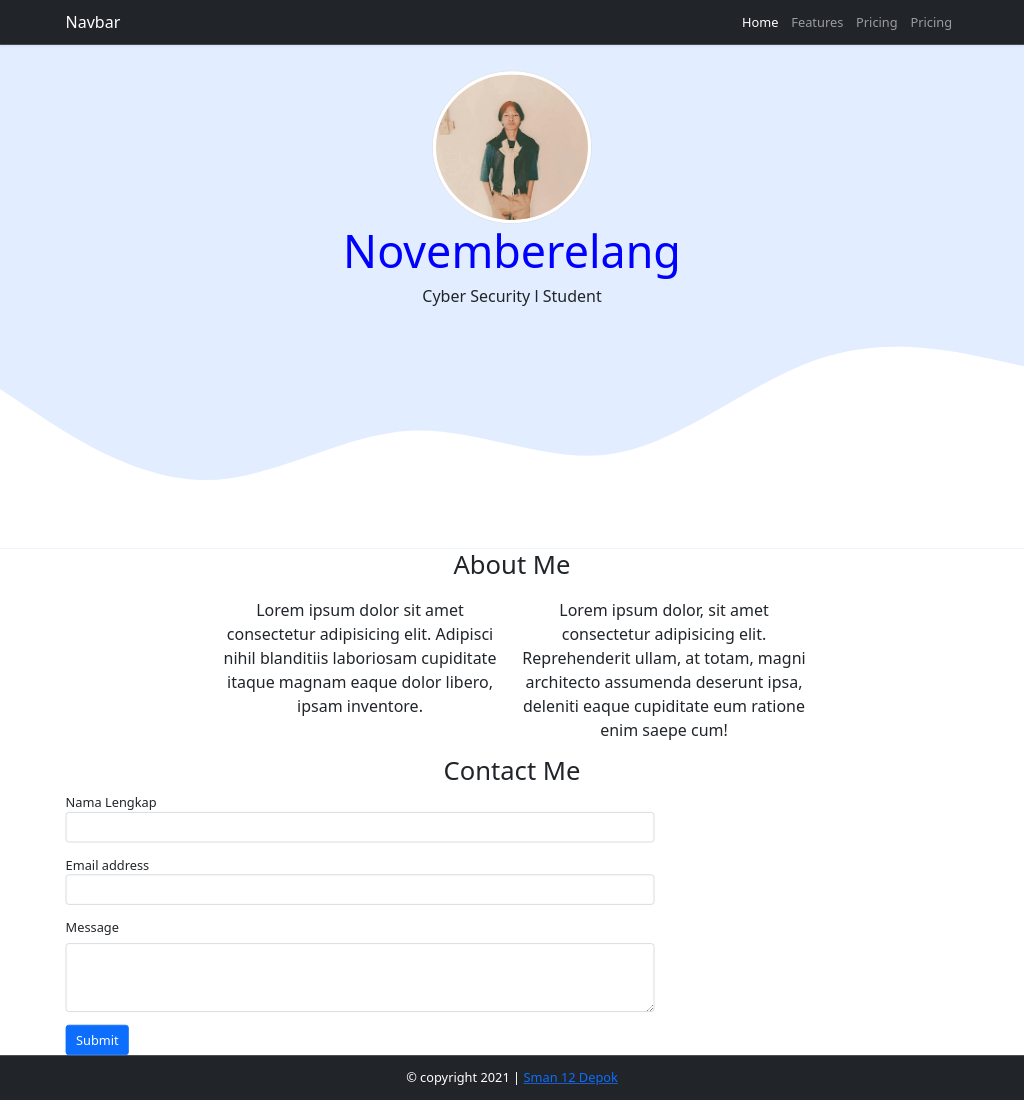
Repository: Novemberdad/gemilangtech.github.io
Page: index.html
An editor plug-in stored every save of this project. The page is shown before and after the next save, followed by the edit.
The browser window is 1280 px wide. The pictures show the whole page, at 80% of full size.

Above is the page before, as saved 2021-07-21 00:35:23.

### index.html
<!DOCTYPE html>
<html lang="en">

<head>
    <!-- Required meta tags -->
    <meta charset="utf-8" />
    <meta name="viewport" content="width=device-width, initial-scale=1" />

    <!-- Bootstrap CSS -->
    <link href="https://cdn.jsdelivr.net/npm/bootstrap@5.0.2/dist/css/bootstrap.min.css" rel="stylesheet" integrity="sha384-EVSTQN3/azprG1Anm3QDgpJLIm9Nao0Yz1ztcQTwFspd3yD65VohhpuuCOmLASjC" crossorigin="anonymous" />

    <!--My CSS-->
    <link rel="stylesheet" href="style.css" />
    <title>My Portofoliio</title>
    <style>
        h1 {
            text-align: center;
            color: blue;
        }
    </style>
</head>

<body>
    <!--NAVBAR-->
    <nav class="navbar navbar-expand-lg navbar-dark bg-dark shadow-sm">
        <div class="container">
            <a class="navbar-brand" href="#">Navbar</a>
            <button class="navbar-toggler" type="button" data-bs-toggle="collapse" data-bs-target="#navbarNav" aria-controls="navbarNav" aria-expanded="false" aria-label="Toggle navigation">
          <span class="navbar-toggler-icon"></span>
        </button>
            <div class="collapse navbar-collapse" id="navbarNav">
                <ul class="navbar-nav ms-auto">
                    <li class="nav-item">
                        <a class="nav-link active" aria-current="page" href="#">Home</a>
                    </li>
                    <li class="nav-item">
                        <a class="nav-link" href="#">Features</a>
                    </li>
                    <li class="nav-item">
                        <a class="nav-link" href="#">Pricing</a>
                    </li>
                    <li class="nav-item">
                        <a class="nav-link" href="#">Pricing</a>
                    </li>
                </ul>
            </div>
        </div>
    </nav>
    <!--AKHIR NAVBAR-->

    <!--jumbortron-->
    <section class="jumbotron text-center">
        <img src="image/logo.jpg" alt="logo" width="200" class="rounded-circle img-thumbnail" />
        <h1 class="display-4">Novemberelang</h1>
        <p class="lead">Cyber Security l Student</p>
        <svg xmlns="http://www.w3.org/2000/svg" viewBox="0 0 1440 320">
        <path
          fill="#ffffff"
          fill-opacity="1"
          d="M0,96L48,128C96,160,192,224,288,224C384,224,480,160,576,154.7C672,149,768,203,864,186.7C960,171,1056,85,1152,53.3C1248,21,1344,43,1392,53.3L1440,64L1440,320L1392,320C1344,320,1248,320,1152,320C1056,320,960,320,864,320C768,320,672,320,576,320C480,320,384,320,288,320C192,320,96,320,48,320L0,320Z"
        ></path>
      </svg>
    </section>
    <!--akhir jumbotron-->

    <!--about-->
    <section id="about">
        <div class="container">
            <div class="row text-center mb-3">
                <div class="col">
                    <h2>About Me</h2>
                </div>
            </div>
            <div class="row justify-content-center fs-5 text-center">
                <div class="col-4">
                    <p>Lorem ipsum dolor sit amet consectetur adipisicing elit. Adipisci nihil blanditiis laboriosam cupiditate itaque magnam eaque dolor libero, ipsam inventore.</p>
                </div>
                <div class="col-4">
                    <p>Lorem ipsum dolor, sit amet consectetur adipisicing elit. Reprehenderit ullam, at totam, magni architecto assumenda deserunt ipsa, deleniti eaque cupiditate eum ratione enim saepe cum!</p>
                </div>
            </div>
    </section>
    <!--akhir about-->


    <!--kontak-->
    <section id="contact">
        <div class="container">
            <div class="row text-center justify-content-center">
                <div class="col">
                    <h2> Contact Me</h2>
                </div>
            </div>
            <div class="row">
                <div class="col-md-8">
                    <form>
                        <div class="mb-3">
                            <label for="exampleInputEmail1">Nama Lengkap</label>
                            <input type="email" class="form-control" id="exampleInputEmail1" aria-describedby="NamaLengkap">
                        </div>
                        <div class="mb-3">
                            <label for="exampleInputEmail1">Email address</label>
                            <input type="email" class="form-control" id="exampleInputEmail1" aria-describedby="emailHelp">
                        </div>
                        <div class="mb-3">
                            <label for="exampleFormControlTextarea1" class="form-label">Message</label>
                            <textarea class="form-control" id="exampleFormControlTextarea1" rows="3"></textarea>
                        </div>
                        <button type="submit" class="btn btn-primary">Submit</button>
                    </form>
                </div>
            </div>
        </div>


    </section>
    <!--akhir kontak-->

    <!--footer-->
    <footer class="bg-dark text-white ">
        <div class="container ">
            <div class="row pt-3 ">
                <div class="col text-center ">
                    <p>&copy; copyright 2021 | <a href="http://instagram.com/sman12depok.official">Sman 12 Depok</a></p>
                </div>
            </div>
        </div>
    </footer>
    <!--akhir footer-->



    <script src="https://cdn.jsdelivr.net/npm/bootstrap@5.0.2/dist/js/bootstrap.bundle.min.js" integrity="sha384-MrcW6ZMFYlzcLA8Nl+NtUVF0sA7MsXsP1UyJoMp4YLEuNSfAP+JcXn/tWtIaxVXM" crossorigin="anonymous"></script>

    <!-- Option 2: Separate Popper and Bootstrap JS -->
    <!--
    <script src="https://cdn.jsdelivr.net/npm/@popperjs/core@2.9.2/dist/umd/popper.min.js" integrity="sha384-IQsoLXl5PILFhosVNubq5LC7Qb9DXgDA9i+tQ8Zj3iwWAwPtgFTxbJ8NT4GN1R8p" crossorigin="anonymous"></script>
    <script src="https://cdn.jsdelivr.net/npm/bootstrap@5.0.2/dist/js/bootstrap.min.js" integrity="sha384-cVKIPhGWiC2Al4u+LWgxfKTRIcfu0JTxR+EQDz/bgldoEyl4H0zUF0QKbrJ0EcQF" crossorigin="anonymous"></script>
    -->
</body>

</html>

### style.css
.jumbotron {
    padding-top: 2rem;
    background-color: #e2edff;
}

After the next save:
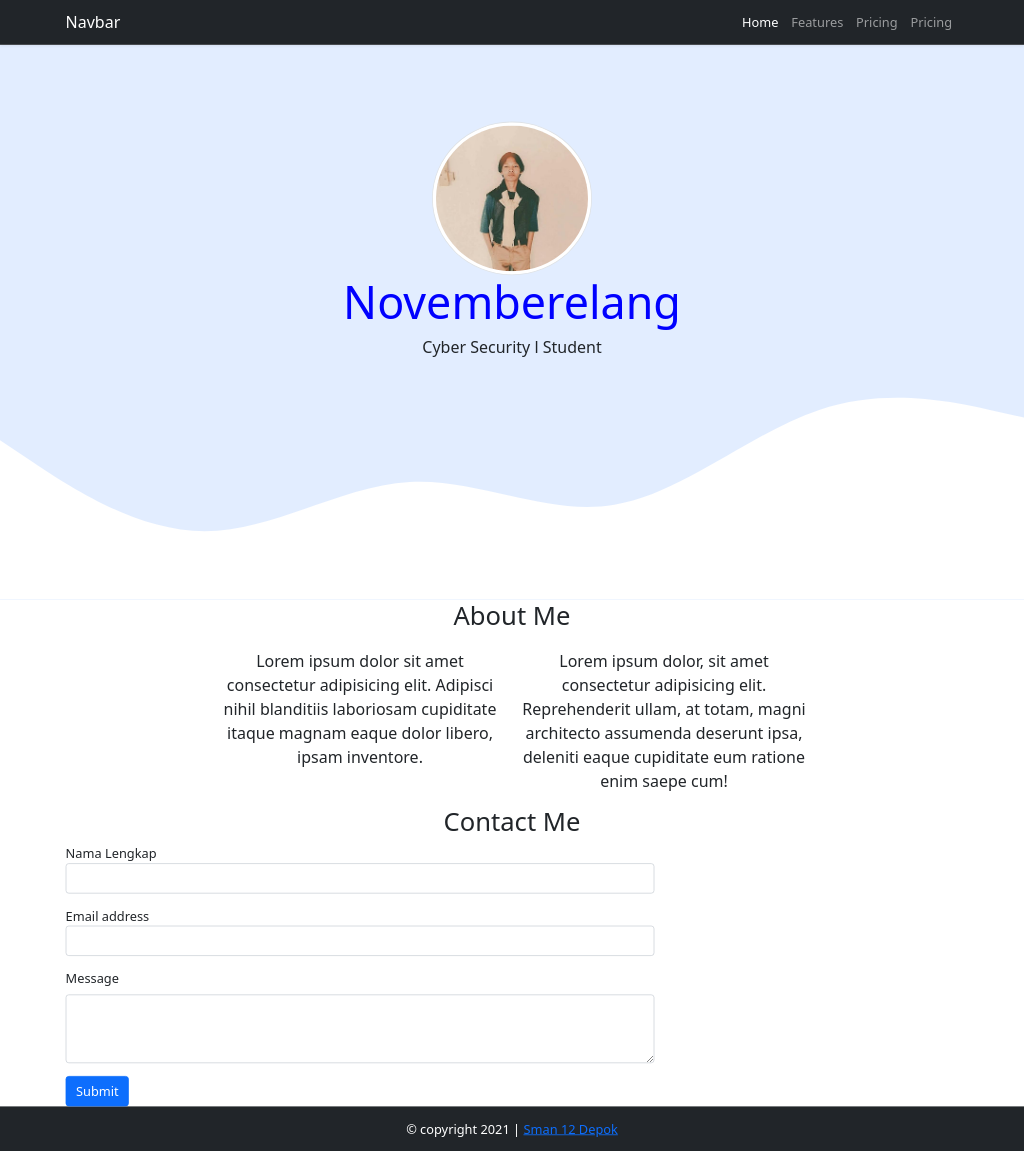
Saved 3 min 15 s later.
--- a/style.css
+++ b/style.css
@@ -1,4 +1,4 @@
 .jumbotron {
-    padding-top: 2rem;
+    padding-top: 6rem;
     background-color: #e2edff;
 }
